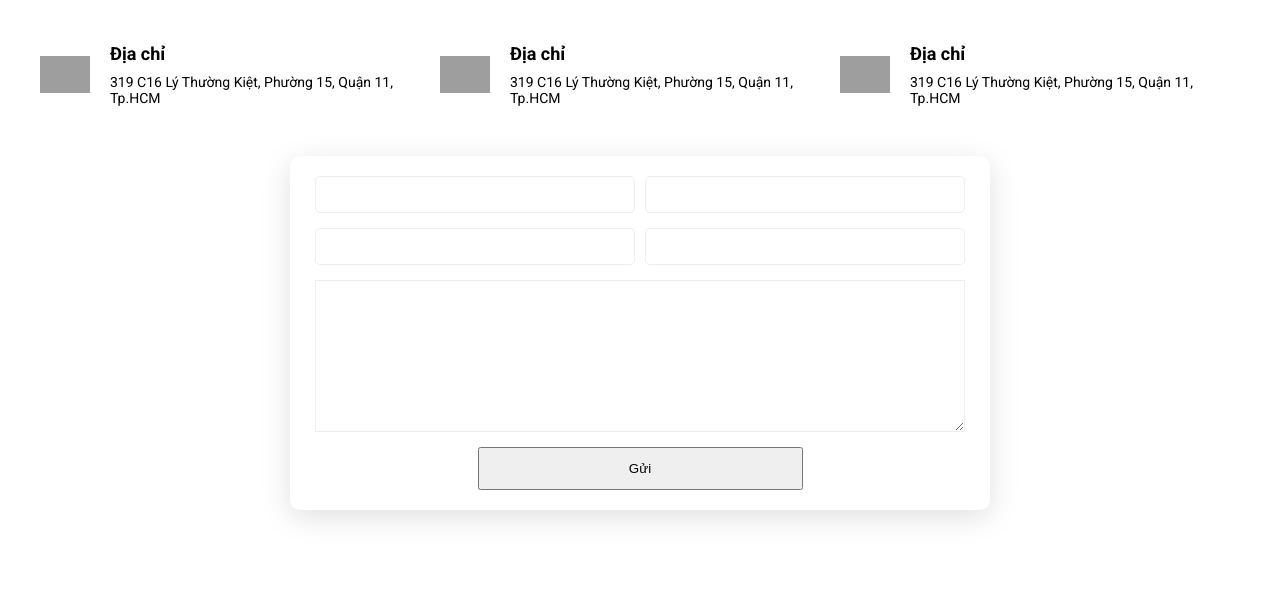
Repository: web345/WEBNANGCAO-clock-
Page: contact.html
The author's editor kept a copy of each file at every save. The page is drawn from the files as they stood at one save, then again after the next save.
The browser window is 1280 px wide. The pictures show the part of the page from y = 678 to 1288 px (the page is 1288 px tall).
Pictures or frames that could not be fetched are drawn as grey boxes. Some web libraries are served in a nearby version.

Above is the page before, as saved 2021-09-10 20:31:30.

After the next save:
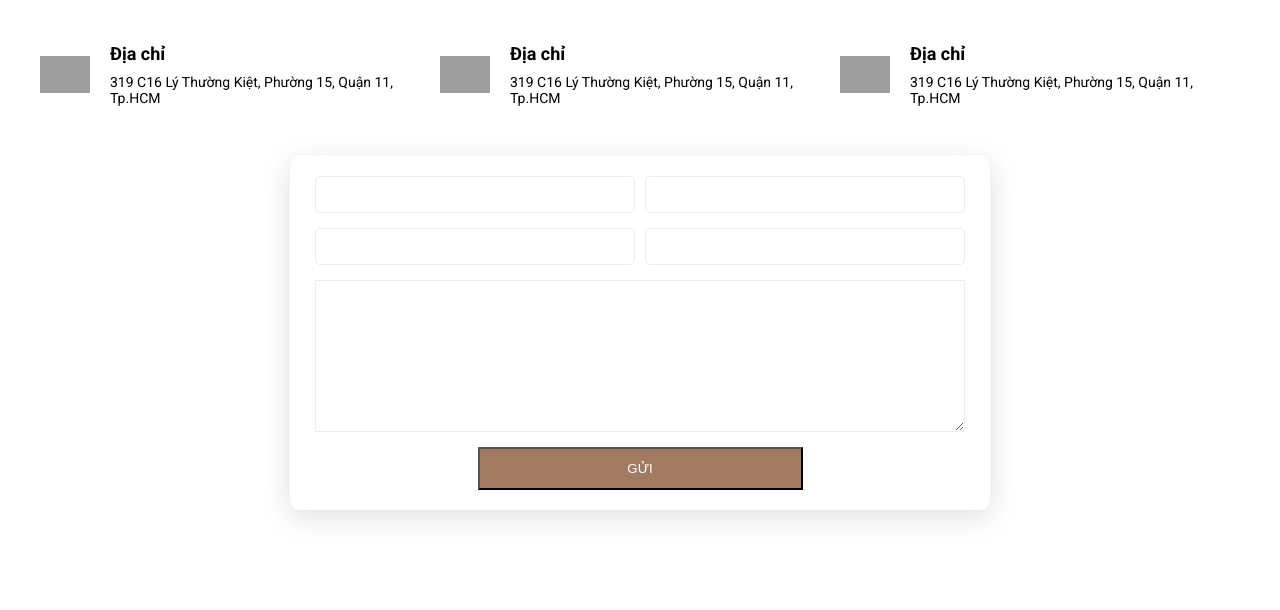
Saved 52 s later.
--- a/CSS/contact.css
+++ b/CSS/contact.css
@@ -66,4 +66,7 @@ button.btn-contact {
   display: block;
   outline: none;
   cursor: pointer;
+  background-color: #a07a61;
+  color: #fff;
+  text-transform: uppercase;
 }
